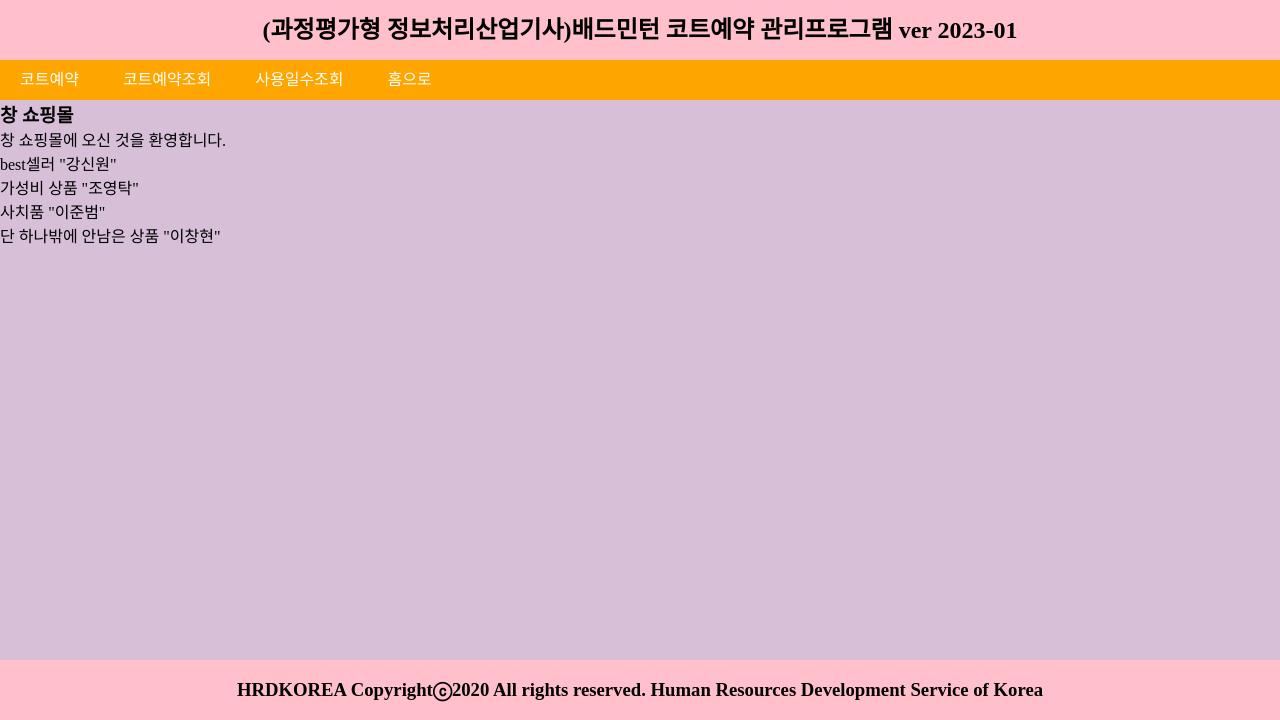
Repository: s25-30420/shopping
Page: http://localhost/shop/
These files come from the project's save history. The page is drawn as it stood at one moment and after the next save; the edit follows.
The browser window is 1280 px wide. The pictures show the whole page.
The page is served by Tomcat 9. Other server files are loaded and not shown.

Above is the page before, as saved 2025-09-08 00:25:21.

### shop/src/main/webapp/index.jsp
<%@ page language="java" contentType="text/html; charset=UTF-8"
    pageEncoding="UTF-8"%>
<!DOCTYPE html>
<html>
<head>
<meta charset="UTF-8">
<title>index</title>
<style>
	* {
		margin: 0;
		padding: 0;
		list-style: none;
		text-decoration: none;
	}
	section{
		width: 100%;
		height: calc(100vh - 160px);
		background-color: thistle;
	}

</style>
</head>
<body>
<jsp:include page="header.jsp"></jsp:include>
<jsp:include page="nav.jsp"></jsp:include>
<section>
	<h3>창 쇼핑몰</h3>
	<p>
		창 쇼핑몰에 오신 것을 환영합니다. <br>
		best셀러 "강신원" <br>
		가성비 상품 "조영탁"<br>
		사치품 "이준범"<br>
		단 하나밖에 안남은 상품 "이창현"<br>
	</p>
</section>
<jsp:include page="footer.jsp"></jsp:include>
</body>
</html>

### shop/src/main/webapp/header.jsp
<%@ page language="java" contentType="text/html; charset=UTF-8"
    pageEncoding="UTF-8"%>
<!DOCTYPE html>
<html>
<head>
<meta charset="UTF-8">
<title>header</title>
<style>
header{
		width: 100%;
		height: 60px;
		background-color: pink;
		text-align: center;
		line-height: 60px;
	}


</style>
</head>
<body>
<header>
		<h2>(과정평가형 정보처리산업기사)배드민턴 코트예약 관리프로그램 ver 2023-01</h2>
	</header>
</body>
</html>

### shop/src/main/webapp/nav.jsp
<%@ page language="java" contentType="text/html; charset=UTF-8"
	pageEncoding="UTF-8"%>
<!DOCTYPE html>
<html>
<head>
<meta charset="UTF-8">
<title>nav</title>
<style>
nav {
	width: 100%;
	height: 40px;
	background-color: orange;
	line-height: 40px;
}

nav a {
	color: white;
	padding: 0 20px;
}
</style>
</head>
<body>
	<nav>
		<a href="insert.jsp">코트예약</a>
		<a href="resvlist.jsp">코트예약조회</a>
		<a href="count.jsp">사용일수조회</a>
		<a href="index.jsp">홈으로</a>
	</nav>
</body>
</html>

### shop/src/main/webapp/footer.jsp
<%@ page language="java" contentType="text/html; charset=UTF-8"
    pageEncoding="UTF-8"%>
<!DOCTYPE html>
<html>
<head>
<meta charset="UTF-8">
<title>footer</title>
<style>
	footer{
		width: 100%;
		height: 60px;
		background-color: pink;
		text-align: center;
		line-height: 60px;
	}
</style>
</head>
<body>
<footer>
	<h3>HRDKOREA Copyrightⓒ2020 All rights reserved. Human Resources Development Service of Korea</h3>
</footer>
</body>
</html>

After the next save:
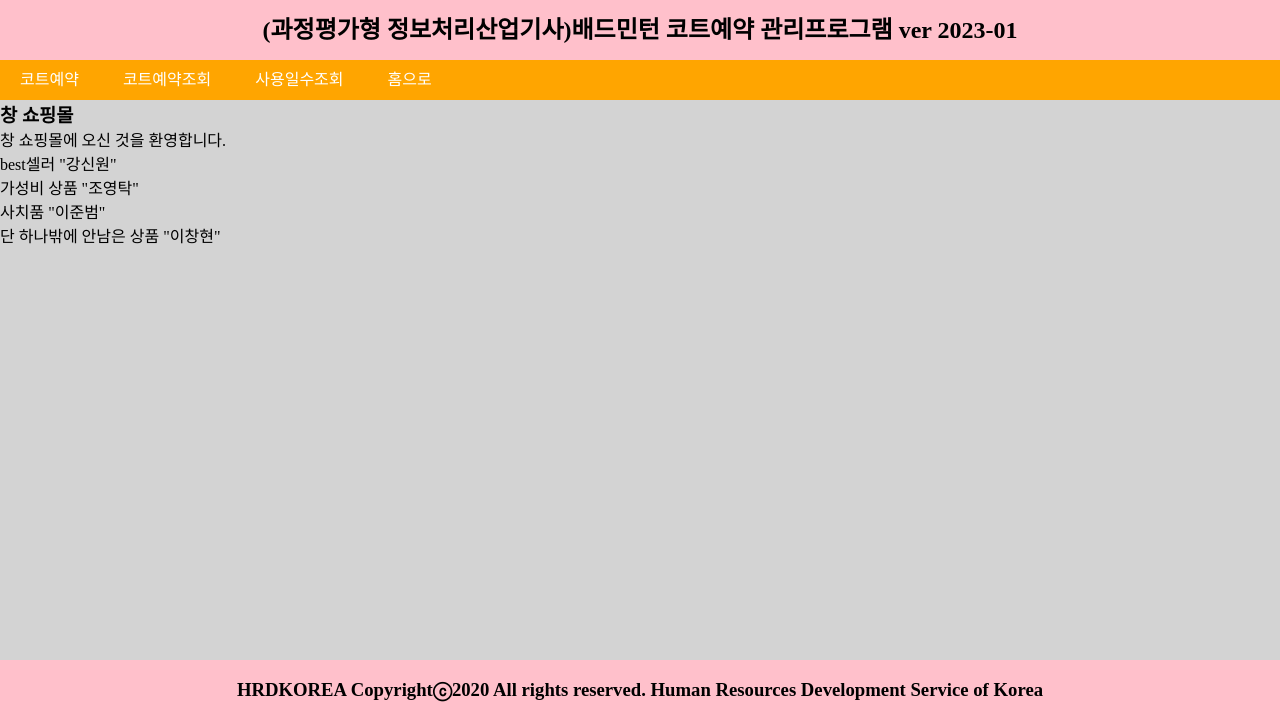
Saved 36 s later.
--- a/shop/src/main/webapp/index.jsp
+++ b/shop/src/main/webapp/index.jsp
@@ -15,7 +15,7 @@
 	section{
 		width: 100%;
 		height: calc(100vh - 160px);
-		background-color: thistle;
+		background-color: lightgray;
 	}
 
 </style>
